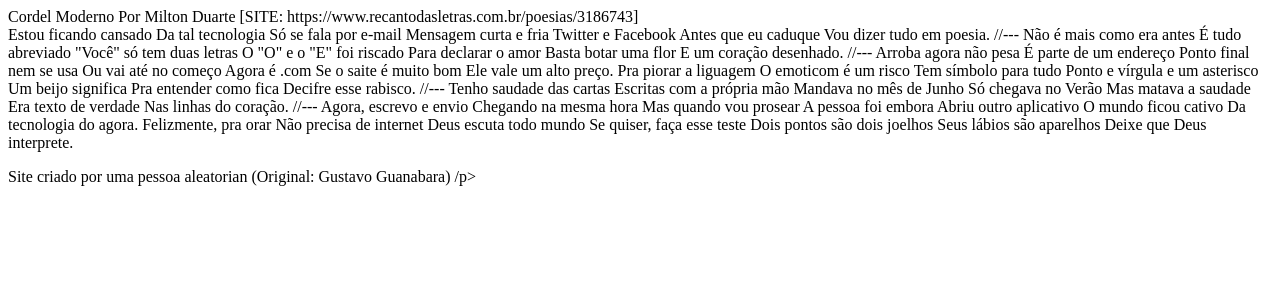
Repository: Codigo404q/html-css
Page: AHAHAHAHAHAHAHHHHHHHHHAHAHAHAHAHAHHAHAH/d012/index.html
These files come from the project's save history. The page is drawn as it stood at one moment and after the next save; the edit follows.
The browser window is 1280 px wide. The pictures show the whole page.

Above is the page before, as saved 2024-01-07 22:21:12.

### AHAHAHAHAHAHAHHHHHHHHHAHAHAHAHAHAHHAHAH/d012/index.html
<!DOCTYPE html>
<html lang="pt-br">
<head>
    <meta charset="UTF-8">
    <meta name="viewport" content="width=device-width, initial-scale=1.0">
    <title>Codel moderno</title>
</head>
<body>
        <header>
            Cordel Moderno
            Por Milton Duarte
            [SITE: https://www.recantodasletras.com.br/poesias/3186743]
        </header>

    Estou ficando cansado
    Da tal tecnologia
    Só se fala por e-mail
    Mensagem curta e fria
    Twitter e Facebook
    Antes que eu caduque
    Vou dizer tudo em poesia.

    //---

    Não é mais como era antes
    É tudo abreviado
    "Você" só tem duas letras
    O "O" e o "E" foi riscado
    Para declarar o amor
    Basta botar uma flor
    E um coração desenhado.

    //---

    Arroba agora não pesa
    É parte de um endereço
    Ponto final nem se usa
    Ou vai até no começo
    Agora é .com
    Se o saite é muito bom
    Ele vale um alto preço.

    Pra piorar a liguagem
    O emoticom é um risco
    Tem símbolo para tudo
    Ponto e vírgula e um asterisco
    Um beijo significa
    Pra entender como fica
    Decifre esse rabisco.

    //---

    Tenho saudade das cartas
    Escritas com a própria mão
    Mandava no mês de Junho
    Só chegava no Verão
    Mas matava a saudade
    Era texto de verdade
    Nas linhas do coração.

    //---

    Agora, escrevo e envio
    Chegando na mesma hora
    Mas quando vou prosear
    A pessoa foi embora
    Abriu outro aplicativo
    O mundo ficou cativo
    Da tecnologia do agora.

    Felizmente, pra orar
    Não precisa de internet
    Deus escuta todo mundo
    Se quiser, faça esse teste
    Dois pontos são dois joelhos
    Seus lábios são aparelhos
    Deixe que Deus interprete.

    <footer>
        <p>Site criado por uma pessoa aleatorian (Original: Gustavo Guanabara) /p>
    </footer>
</body>
</html>

After the next save:
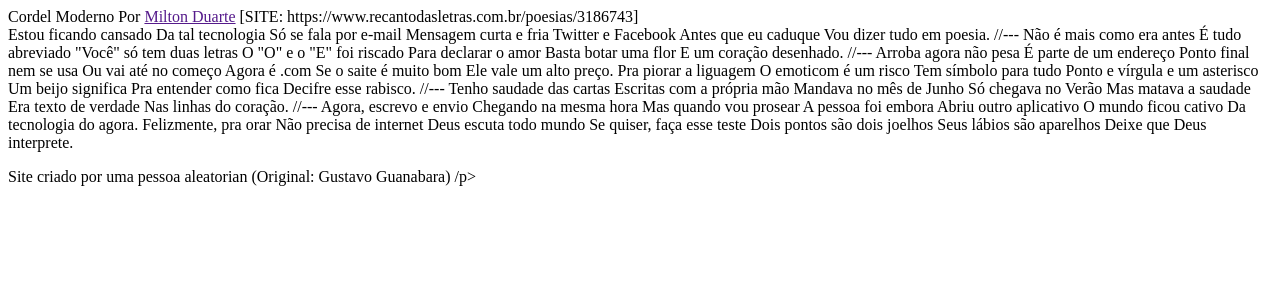
Saved 33 s later.
--- a/AHAHAHAHAHAHAHHHHHHHHHAHAHAHAHAHAHHAHAH/d012/index.html
+++ b/AHAHAHAHAHAHAHHHHHHHHHAHAHAHAHAHAHHAHAH/d012/index.html
@@ -8,7 +8,7 @@
 <body>
         <header>
             Cordel Moderno
-            Por Milton Duarte
+            Por <a href="">Milton Duarte</a>
             [SITE: https://www.recantodasletras.com.br/poesias/3186743]
         </header>
 
